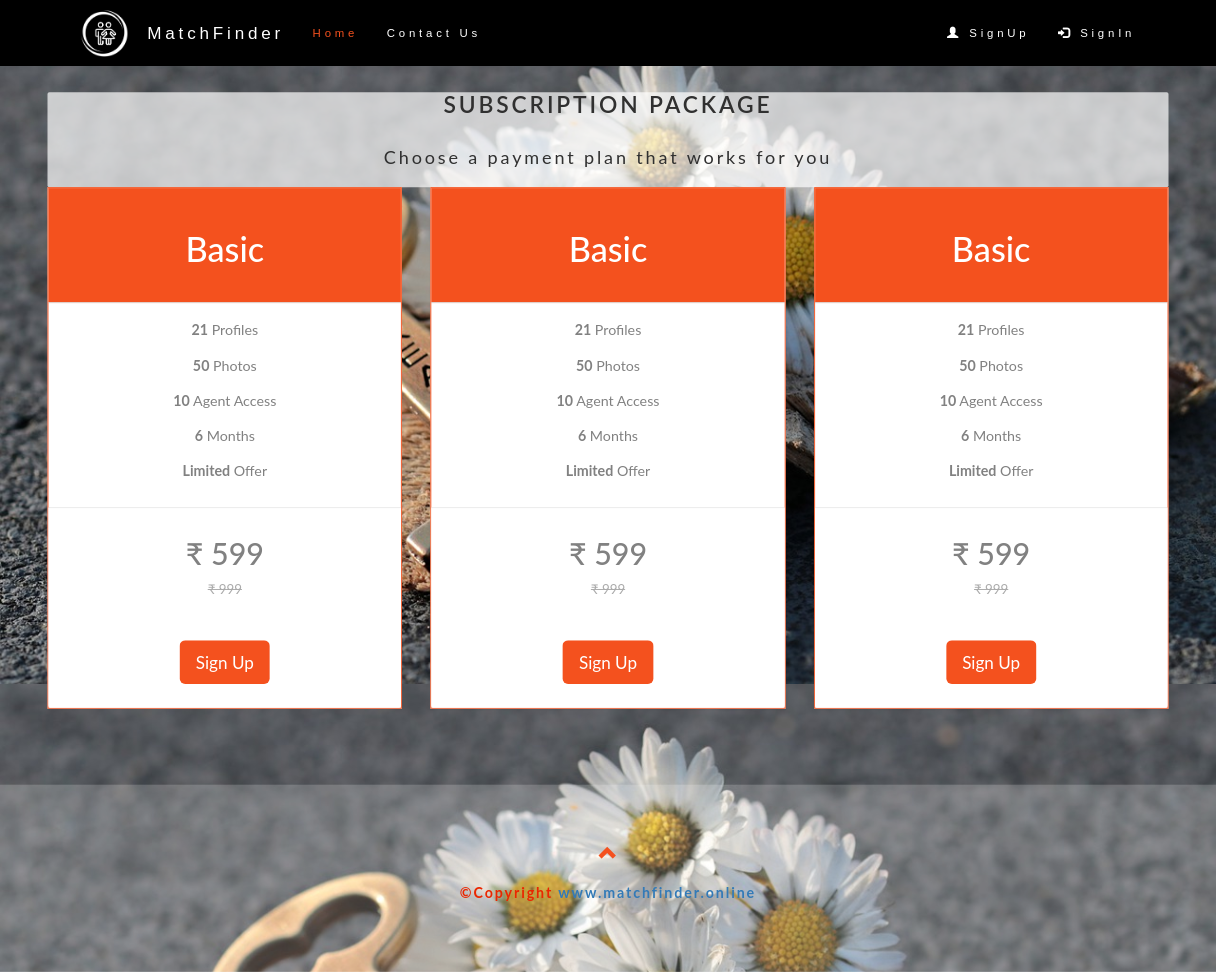
Repository: vibhu95/MatchFinder
Page: http://localhost/MatchFinder/package.jsp
An editor plug-in stored every save of this project. The page is shown before and after the next save, followed by the edit.
The browser window is 1280 px wide. The pictures show the whole page, at 95% of full size.
Backgrounds fixed to the window are drawn as part of the page. Some web libraries are served in a nearby version. The page is served by Tomcat 9. Other server files are loaded and not shown.

Above is the page before, as saved 2018-01-31 19:55:04.

### workspace/MatchFinder/WebContent/package.jsp
<%@ page language="java" contentType="text/html; charset=ISO-8859-1"
    pageEncoding="ISO-8859-1"%>
    <%@page import="javax.servlet.http.*" %>
<%@page import="com.classes.*" %>
<%@page import="com.controller.*" %>
<%@include file="header.jsp" %>

<!-- Container (Pricing Section) -->
<div id="pricing" class="container-fluid">
  <div style="background-color: rgba(255,255,255,0.7); border-radius:2px; height:100px; letter-spacing:3px" class="text-center">
    <h2 style="margin-top:10px">Subscription Package</h2>
    <h4>Choose a payment plan that works for you</h4>
  </div>
  <div class="row slideanim">
    <div class="col-sm-4 col-xs-12">
      <div class="panel panel-default text-center">
        <div class="panel-heading">
          <h1>Basic</h1>
        </div>
        <div class="panel-body">
          <p><strong>21</strong> Profiles</p>
          <p><strong>50</strong> Photos</p>
          <p><strong>10</strong> Agent Access</p>
          <p><strong>6</strong> Months</p>
          <p><strong>Limited</strong> Offer</p>
        </div>
        <div class="panel-footer">
          <h3>&#8377 599</h3>
          <h4><del>&#8377 999</del></h4>
          <button class="btn btn-lg">Sign Up</button>
        </div>
      </div>
    </div>
    <div class="col-sm-4 col-xs-12">
      <div class="panel panel-default text-center">
        <div class="panel-heading">
          <h1>Basic</h1>
        </div>
        <div class="panel-body">
          <p><strong>21</strong> Profiles</p>
          <p><strong>50</strong> Photos</p>
          <p><strong>10</strong> Agent Access</p>
          <p><strong>6</strong> Months</p>
          <p><strong>Limited</strong> Offer</p>
        </div>
        <div class="panel-footer">
          <h3>&#8377 599</h3>
          <h4><del>&#8377 999</del></h4>
          <button class="btn btn-lg">Sign Up</button>
        </div>
      </div>
    </div>
    <div class="col-sm-4 col-xs-12">
      <div class="panel panel-default text-center">
        <div class="panel-heading">
          <h1>Basic</h1>
        </div>
        <div class="panel-body">
          <p><strong>21</strong> Profiles</p>
          <p><strong>50</strong> Photos</p>
          <p><strong>10</strong> Agent Access</p>
          <p><strong>6</strong> Months</p>
          <p><strong>Limited</strong> Offer</p>
        </div>
        <div class="panel-footer">
          <h3>&#8377 599</h3>
          <h4><del>&#8377 999</del></h4>
          <button class="btn btn-lg">Sign Up</button>
        </div>
      </div>
    </div>
  </div>
</div>

<%@include file="footer.jsp" %>

### workspace/MatchFinder/WebContent/header.jsp
<%@ page language="java" contentType="text/html; charset=ISO-8859-1"
    pageEncoding="ISO-8859-1"%>
<!DOCTYPE html PUBLIC "-//W3C//DTD HTML 4.01 Transitional//EN" "http://www.w3.org/TR/html4/loose.dtd">
<%@page import="com.classes.*" %>
<%@ page session = "false" %>
<% HttpSession session = request.getSession(false); %>

<!-- header -->
<html lang="en">
<head>
  <title>Match@Finder</title>
  <meta charset="utf-8">
  <meta name="viewport" content="width=device-width, initial-scale=1">
  <link rel="stylesheet" href="https://maxcdn.bootstrapcdn.com/bootstrap/3.3.7/css/bootstrap.min.css">
  <link rel="stylesheet" href="css/style.css">
  <script src="https://ajax.googleapis.com/ajax/libs/jquery/3.2.1/jquery.min.js"></script>
  <script src="https://maxcdn.bootstrapcdn.com/bootstrap/3.3.7/js/bootstrap.min.js"></script>

<style>
#about{
	color: rgb(0,0,0);
	font-size:22;
	font-weight:bold;
}
#copy{
	color:rgb(234,39,0);
	font-size: 32;
	font-weight: bold;
	letter-spacing: 2px;
}
body{
 background: url('pic/11__11.jpg') no-repeat fixed;
  background-size: 100% 100%;
}
footer, #about{
background-color: rgba(255,255,255,0.2);
}
  .container {
      padding: 10px 30px;
  }
  .carousel-inner img {
    //  -webkit-filter: grayscale(90%);
   //  filter: grayscale(90%); /* make all photos black and white */
      width: 100%; /* Set width to 100% */
     margin:auto;
  }
  .carousel-caption h3 {
      color: #fff !important;
  }
    @media (max-width: 600px) {
    .carousel-caption {
      display: none; /* Hide the carousel text when the screen is less than 600 pixels wide */
    }
  }
  #signal{
  	float: right;
  	margin-top: 100px;
  }
  #upload_dp {
    display: none;
    width: 0;
    height: 0;
}
   #dp1:hover {
    opacity: 0.5;
    filter: alpha(opacity=50); /* For IE8 and earlier */
    cursor: pointer;
}

  </style>
  <script>
$(document).ready(function(){
    $("#dp1").click(function(){
        $('#upload_dp').click();
    })
});
</script>

</head>
<body id="myPage" data-spy="scroll" data-target=".navbar" data-offset="60">
<nav class="navbar navbar-inner navbar-fixed-top">
  <div class="container">
    <div class="navbar-header">
    <a href="index.jsp"><img src="pic/logos.png" alt="logo" style="float: left; margin-right: 20px " height="50px" width="50px"></a>
      <a class="navbar-brand" href="index.jsp">MatchFinder</a>
    </div>
    <ul class="nav navbar-nav">
       <li class="active"><a href="index.jsp">Home</a></li>
  <!--    <li class="dropdown"><a class="dropdown-toggle" data-toggle="dropdown" href="#">Page 1 <span class="caret"></span></a>
        <ul class="dropdown-menu">
          <li><a href="#">Page 1-1</a></li>
          <li><a href="#">Page 1-2</a></li>
          <li><a href="#">Page 1-3</a></li>
        </ul>
      </li>   -->
     <%
      if(session!=null)
      { %>
      <li><a href="agent.jsp">Agents</a></li>
      <% } %>
      <li><a href="contact.jsp">Contact Us</a></li>
      </ul>
    <ul class="nav navbar-nav navbar-right">
<script>
function upload(){
	 document.getElementById('upload').submit();
	  }

</script>
      <%
      if(session!=null)
      {
    	  if(session.getAttribute("user")!=null)
    	  {
    	    UserBean user = (UserBean)session.getAttribute("user");
    	    if(user!=null)
    	    {   %>
        <form action="UploadImage" method="post" id="upload" enctype="multipart/form-data">
        <input id="upload_dp" type="file" name="dp" size="chars" onchange="document.getElementById('upload').submit();">
           </form>
      <li style="font-size:20px; margin-top:10px;">
      <%      if(user.getDp()!=null)
               { int id = user.getId(); %>
      <img id="dp1" src="getImage.jsp?id=<%=id %>" class="img-circle" alt="getDp" style="margin-top:5px; margin-right:10px;" width="40px" hieght="40px"></img></li><li><a style="text-decoration:none;" href="profile.jsp?id=<%=user.getId() %>"><%=user.getName() %></a></li>
      <%         }
              else{ %>
    	<img id="dp1" src="pic/businessman_17.png" class="img-circle" alt="DefaultDp" style="margin-top:5px; margin-right:10px;" width="40px" hieght="40px"></img><a style="text-decoration:none;" href="profile.jsp?id=<%=user.getId() %>"><%=user.getName() %></a></li>
      <%         }
             }
      %>
      <li><a href="SignOut"><span class="glyphicon glyphicon-log-in"></span> SignOut</a></li>
      <%  }
      else {%>
    		<li><a href="login/login.jsp"><span class="glyphicon glyphicon-user"></span> SignUp</a></li>
    	      <li><a href="login/login.jsp"><span class="glyphicon glyphicon-log-in"></span> SignIn</a></li>
  <%  } }
    else { %>
    	<li><a href="login/login.jsp"><span class="glyphicon glyphicon-user"></span> SignUp</a></li>
      <li><a href="login/login.jsp"><span class="glyphicon glyphicon-log-in"></span> SignIn</a></li>
      <% } %>
       </ul>
  </div>
</nav>

<!-- Header Closed -->>

### workspace/MatchFinder/WebContent/footer.jsp
<%@ page language="java" contentType="text/html; charset=ISO-8859-1"
    pageEncoding="ISO-8859-1"%>
<!DOCTYPE html PUBLIC "-//W3C//DTD HTML 4.01 Transitional//EN" "http://www.w3.org/TR/html4/loose.dtd">

<!-- Footer Start -->

<footer class="container-fluid text-center">
  <a href="#myPage" title="To Top">
    <span class="glyphicon glyphicon-chevron-up"></span>
  </a>
  <p id="copy">&copyCopyright  <a href="https://www.matchfinder.online" title="Visit MatchFinder">www.matchfinder.online</a></p>
</footer>

<script>
$(document).ready(function(){
  // Add smooth scrolling to all links in navbar + footer link
  $(".navbar a, footer a[href='#myPage']").on('click', function(event) {
    // Make sure this.hash has a value before overriding default behavior
    if (this.hash !== "") {
      // Prevent default anchor click behavior
      event.preventDefault();

      // Store hash
      var hash = this.hash;

      // Using jQuery's animate() method to add smooth page scroll
      // The optional number (900) specifies the number of milliseconds it takes to scroll to the specified area
      $('html, body').animate({
        scrollTop: $(hash).offset().top
      }, 900, function(){

        // Add hash (#) to URL when done scrolling (default click behavior)
        window.location.hash = hash;
      });
    } // End if
  });

  $(window).scroll(function() {
    $(".slideanim").each(function(){
      var pos = $(this).offset().top;

      var winTop = $(window).scrollTop();
        if (pos < winTop + 600) {
          $(this).addClass("slide");
        }
    });
  });
})
</script>

</body>
</html>
<!-- Footer End -->

### workspace/MatchFinder/WebContent/css/style.css
body {
      font: 400 15px Lato, sans-serif;
      line-height: 1.8;
      color: #818181;
  }
  h2 {
      font-size: 24px;
      text-transform: uppercase;
      color: #303030;
      font-weight: 600;
      margin-bottom: 30px;
  }
  h4 {
      font-size: 19px;
      line-height: 1.375em;
      color: #303030;
      font-weight: 400;
      margin-bottom: 30px;
  }
  .jumbotron {
      background-color: #f4511e;
      color: #fff;
      padding: 100px 25px;
      font-family: Montserrat, sans-serif;
  }
  .container-fluid {
      padding: 60px 50px;
  }
  .bg-grey {
      background-color: #f6f6f6;
  }
  .logo-small {
      color: #f4511e;
      font-size: 50px;
  }
  .logo {
      color: #f4511e;
      font-size: 200px;
  }
  .thumbnail {
      padding: 0 0 15px 0;
      border: none;
      border-radius: 0;
  }
  .thumbnail img {
      width: 100%;
      height: 100%;
      margin-bottom: 10px;
  }
  .carousel-control.right, .carousel-control.left {
      background-image: none;
      color: #f4511e;
  }
  .carousel-indicators li {
      border-color: #f4511e;
  }
  .carousel-indicators li.active {
      background-color: #f4511e;
  }
  .item h4 {
      font-size: 19px;
      line-height: 1.375em;
      font-weight: 400;
      font-style: italic;
      margin: 70px 0;
  }
  .item span {
      font-style: normal;
  }
  .panel {
      border: 1px solid #f4511e;
      border-radius:0 !important;
      transition: box-shadow 0.5s;
  }
  .panel:hover {
      box-shadow: 5px 0px 40px rgba(0,0,0, .2);
  }
  .panel-footer .btn:hover {
      border: 1px solid #f4511e;
      background-color: #fff !important;
      color: #f4511e;
  }
  .panel-heading {
      color: #fff !important;
      background-color: #f4511e !important;
      padding: 25px;
      border-bottom: 1px solid transparent;
      border-top-left-radius: 0px;
      border-top-right-radius: 0px;
      border-bottom-left-radius: 0px;
      border-bottom-right-radius: 0px;
  }
  .panel-footer {
      background-color: white !important;
  }
  .panel-footer h3 {
      font-size: 32px;
  }
  .panel-footer h4 {
      color: #aaa;
      font-size: 14px;
  }
  .panel-footer .btn {
      margin: 15px 0;
      background-color: #f4511e;
      color: #fff;
  }
  .navbar {
      margin-bottom: 0;
    //  height: 19%;
    //  background-color: #f4511e;
      background-color: #000;
      z-index: 9999;
      border: 0;
      font-size: 12px !important;
      line-height: 1.42857143 !important;
      letter-spacing: 4px;
      border-radius: 0;
      font-family: Montserrat, sans-serif;
  }
  .navbar li a, .navbar .navbar-brand {
      color: #fff !important;
  }
  .navbar-nav li a:hover, .navbar-nav li.active a {
      color: #f4511e !important;
     // background-color: #fff !important;
  }
  .dropdown-menu {

      background-color: #000 !important;
  }
  .navbar-default .navbar-toggle {
      border-color: transparent;
      color: #fff !important;
  }
  footer .glyphicon {
      font-size: 20px;
      margin-bottom: 20px;
      color: #f4511e;
  }
  .slideanim {visibility:hidden;}
  .slide {
      animation-name: slide;
      -webkit-animation-name: slide;
      animation-duration: 1s;
      -webkit-animation-duration: 1s;
      visibility: visible;
  }
  @keyframes slide {
    0% {
      opacity: 0;
      transform: translateY(70%);
    }
    100% {
      opacity: 1;
      transform: translateY(0%);
    }
  }
  @-webkit-keyframes slide {
    0% {
      opacity: 0;
      -webkit-transform: translateY(70%);
    }
    100% {
      opacity: 1;
      -webkit-transform: translateY(0%);
    }
  }
  @media screen and (max-width: 768px) {
    .col-sm-4 {
      text-align: center;
      margin: 25px 0;
    }
    .btn-lg {
        width: 100%;
        margin-bottom: 35px;
    }
  }
  @media screen and (max-width: 480px) {
    .logo {
        font-size: 150px;
    }
  }

After the next save:
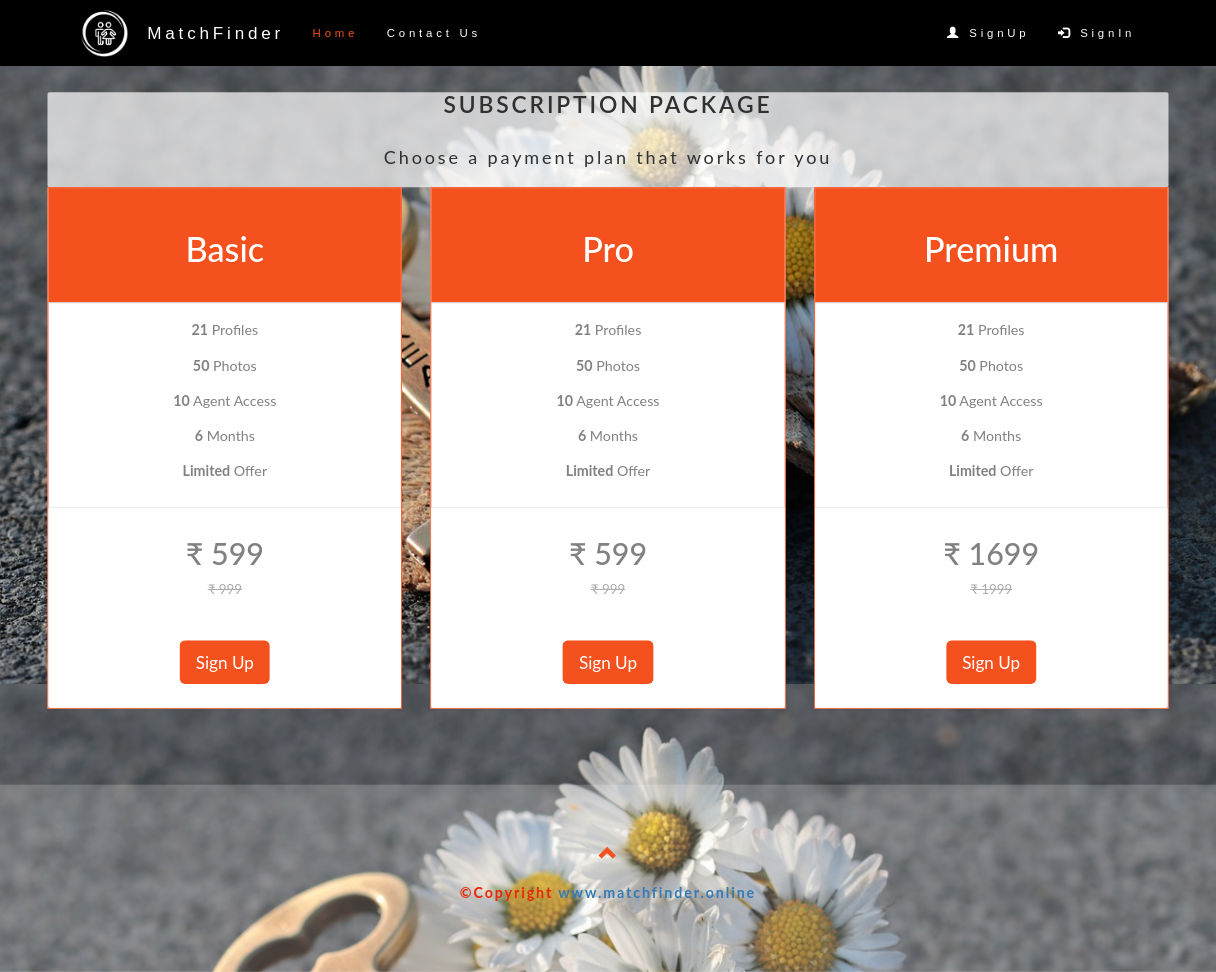
Saved 44 s later.
--- a/workspace/MatchFinder/WebContent/package.jsp
+++ b/workspace/MatchFinder/WebContent/package.jsp
@@ -34,7 +34,7 @@
     <div class="col-sm-4 col-xs-12">
       <div class="panel panel-default text-center">
         <div class="panel-heading">
-          <h1>Basic</h1>
+          <h1>Pro</h1>
         </div>
         <div class="panel-body">
           <p><strong>21</strong> Profiles</p>
@@ -53,7 +53,7 @@
     <div class="col-sm-4 col-xs-12">
       <div class="panel panel-default text-center">
         <div class="panel-heading">
-          <h1>Basic</h1>
+          <h1>Premium</h1>
         </div>
         <div class="panel-body">
           <p><strong>21</strong> Profiles</p>
@@ -63,8 +63,8 @@
           <p><strong>Limited</strong> Offer</p>
         </div>
         <div class="panel-footer">
-          <h3>&#8377 599</h3>
-          <h4><del>&#8377 999</del></h4>
+          <h3>&#8377 1699</h3>
+          <h4><del>&#8377 1999</del></h4>
           <button class="btn btn-lg">Sign Up</button>
         </div>
       </div>
